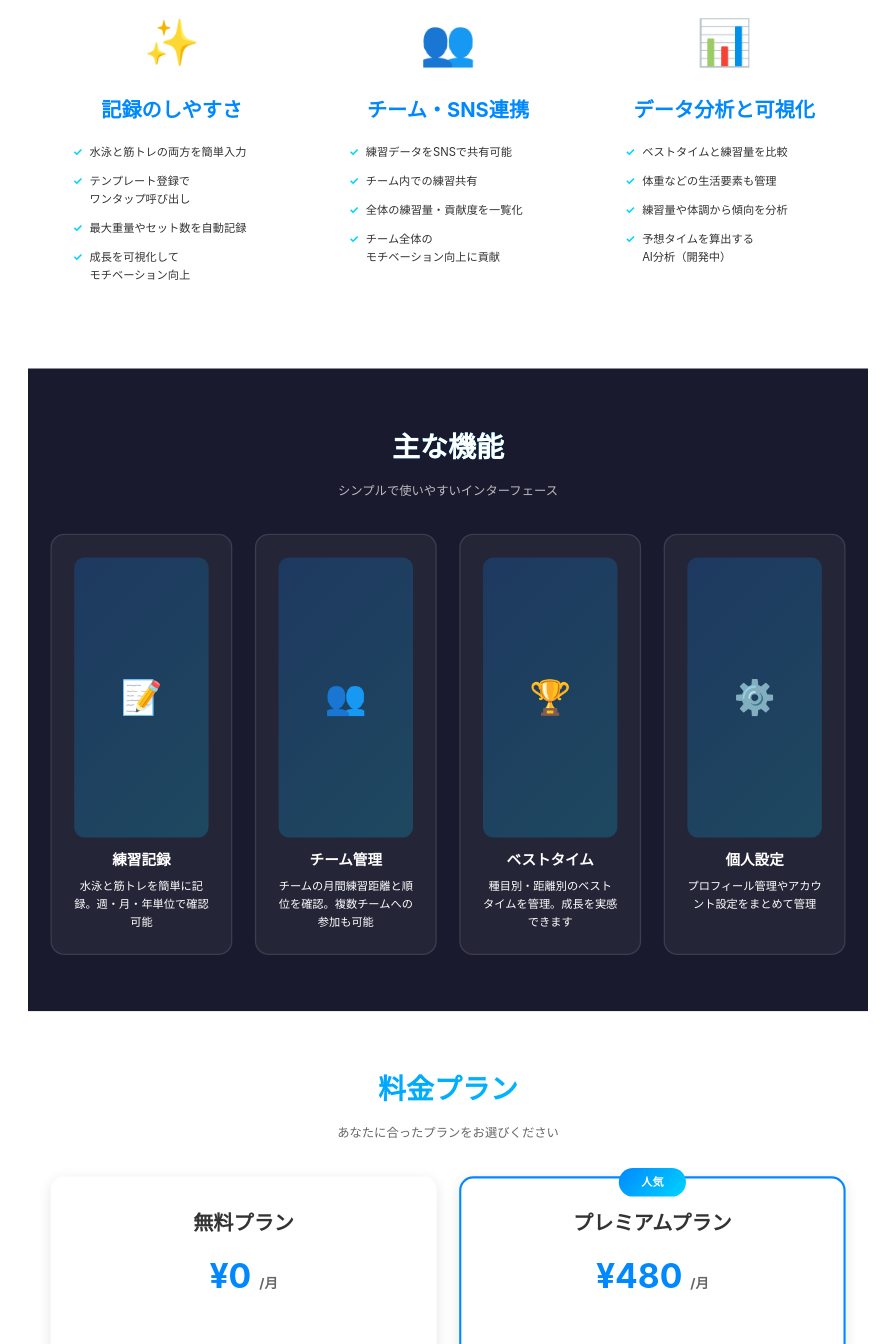
Repository: kentashx/smaswi-public
Page: index.html
The author's editor kept a copy of each file at every save. The page is drawn from the files as they stood at one save, then again after the next save.
The browser window is 1280 px wide. The pictures show the part of the page from y = 1549 to 3469 px (the page is 4788 px tall before and 4737 px after), at 70% of full size.

Above is the page before, as saved 2025-10-26 13:17:54.

After the next save:
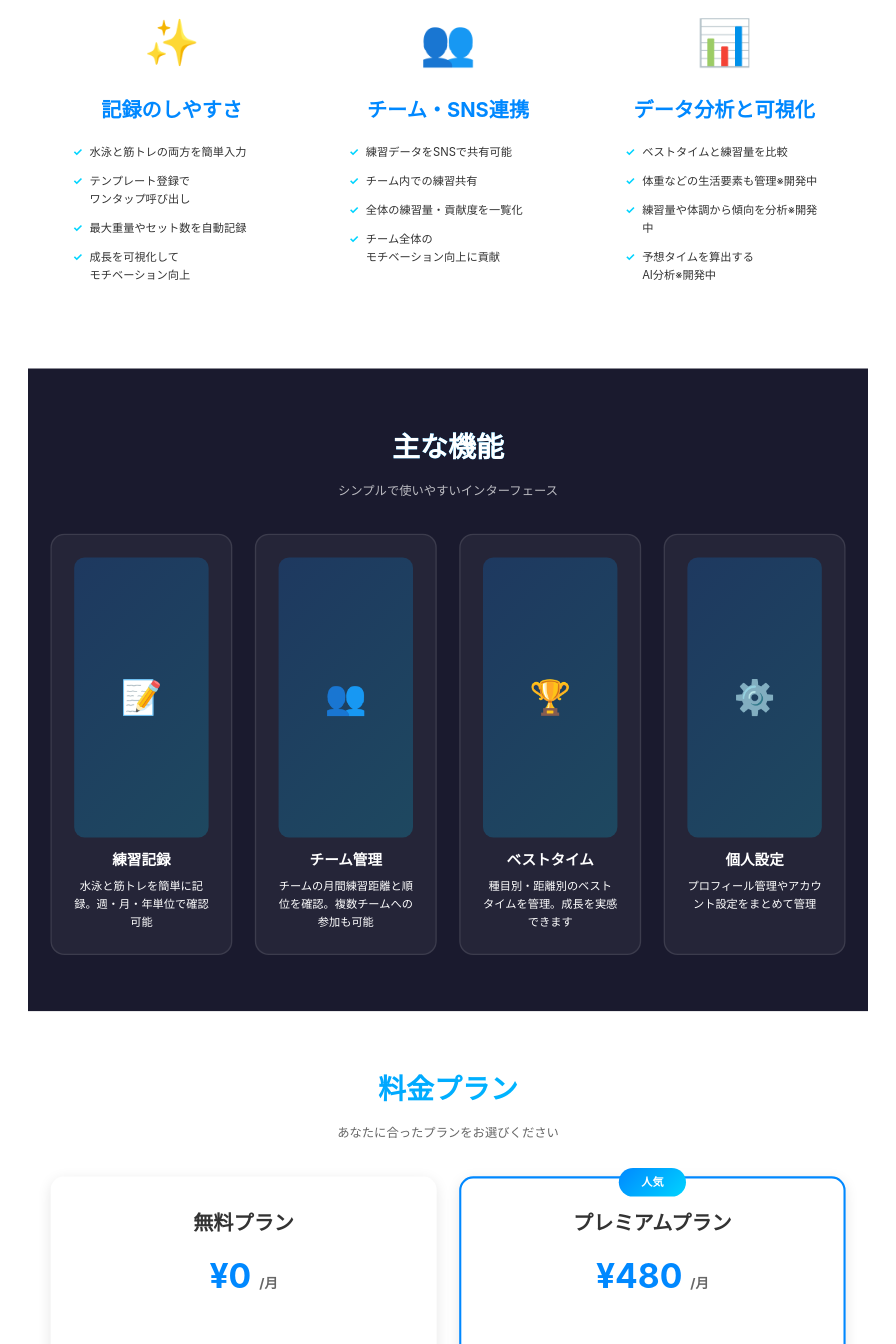
Saved 110 s later.
--- a/index.html
+++ b/index.html
@@ -680,12 +680,12 @@
                     <h3>データ分析と可視化</h3>
                     <ul class="feature-list">
                         <li>ベストタイムと練習量を比較</li>
-                        <li>体重などの生活要素も管理</li>
-                        <li>練習量や体調から傾向を分析</li>
+                        <li>体重などの生活要素も管理※開発中</li>
+                        <li>練習量や体調から傾向を分析※開発中</li>
                         <li>
                             予想タイムを算出する
                             <br>
-                            AI分析（開発中）
+                            AI分析※開発中
                         </li>
                     </ul>
                 </div>
@@ -747,10 +747,9 @@
                     <ul class="pricing-features">
                         <li>無料プランの全機能</li>
                         <li>広告非表示</li>
-                        <li>練習メニュー提案</li>
-                        <li>予想タイム分析（AI）</li>
-                        <li>詳細なデータ分析</li>
-                        <li>優先サポート</li>
+                        <li>参加できるチームを2つ以上にする</li>
+                        <li>テンプレートを4個以上登録できるようにする</li>
+                        <li>チーム内ランキングの詳細確認機能</li>
                     </ul>
                     <a href="#download" class="button-primary">プレミアムを試す</a>
                 </div>
